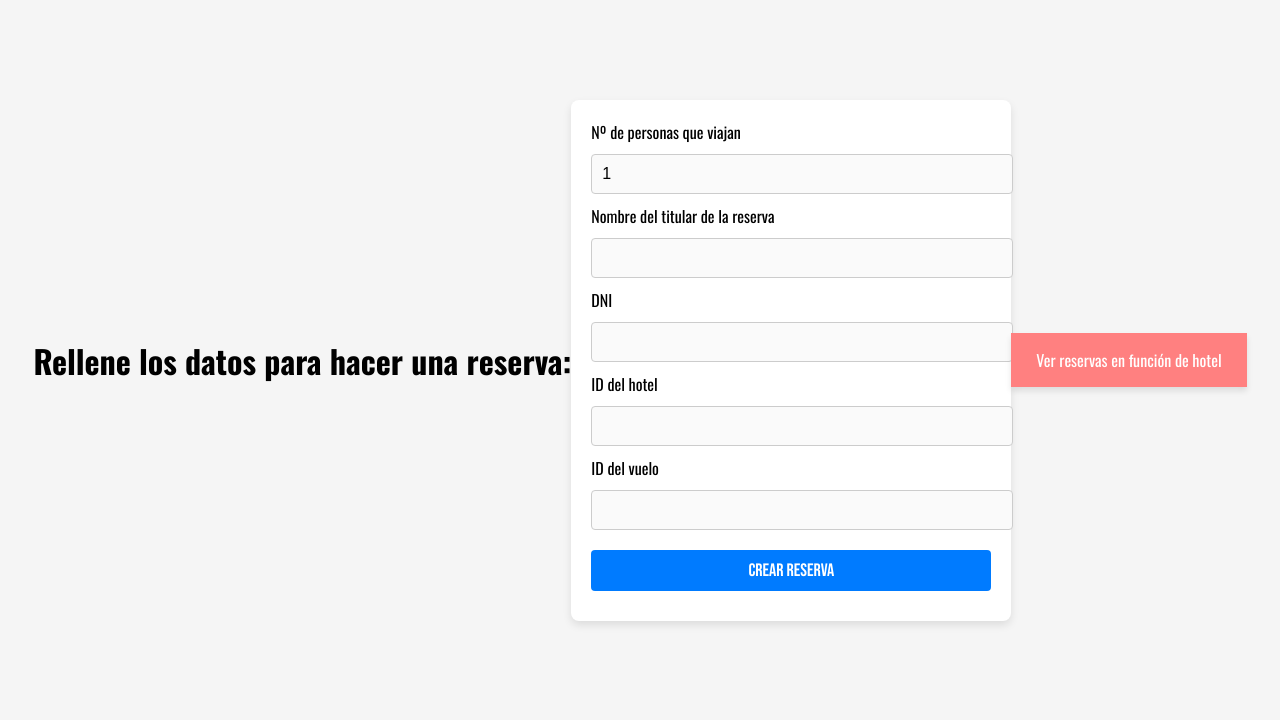
Repository: craschelf/GestionDeViajes-Microservicios
Page: http://localhost/formularioReservas
An editor plug-in stored every save of this project. The page is shown before and after the next save, followed by the edit.
The browser window is 1280 px wide. The pictures show the whole page.
The page is this project's Thymeleaf template; nobody is signed in. The template is opened directly, without the code that normally fills it, so the values that code supplies are empty.

Above is the page before, as saved 2024-06-06 15:14:54.

### FrontProyectoFinal/src/main/resources/templates/formularioReservas.html
<!DOCTYPE html>
<html lang="es">

<head>
	<link rel="stylesheet" href="css/formulario.css">
	<meta charset="UTF-8">
	<meta name="viewport" content="width=device-width, initial-scale=1.0">
	<link rel="preconnect" href="https://fonts.googleapis.com">
	<link rel="preconnect" href="https://fonts.gstatic.com" crossorigin>
	<link href="https://fonts.googleapis.com/css2?family=Oswald:wght@200..700&display=swap" rel="stylesheet">
	<link href="https://fonts.googleapis.com/css2?family=Bebas+Neue&display=swap" rel="stylesheet">
	<title>Hotel Ejemplo</title>
</head>

<body>
	<h1>Rellene los datos para hacer una reserva: </h1>
	<form th:action="@{/reservas/nueva/} + ${numPersonas}" th:object="${reservaDto}" method="post"
		class="search-container">
		Nº de personas que viajan
		<input type="number" id="numPersonas" name="numPersonas" th:value="1"
			placeholder="Número de plazas a reservar..." readonly />
		Nombre del titular de la reserva<input th:field="*{nombreCliente}" type="text" id="nombreCliente"
			name="nombreCliente" />
		DNI<input th:field="*{dni}" type="text" id="dni" name="dni" />
		ID del hotel<input th:field="*{idHotel}" type="text" id="idHotel" name="idHotel" />
		ID del vuelo <input th:field="*{idVuelo}" type="text" id="idVuelo" name="idVuelo" />
		<button type="submit">Crear reserva</button>
	</form>
	<a href="/reservas/lista">Ver reservas en función de hotel</a>
</body>

</html>

### FrontProyectoFinal/src/main/resources/static/css/formulario.css
body {
	font-family: 'Oswald', sans-serif;
	background-color: #f5f5f5;
	display: flex;
	justify-content: center;
	align-items: center;
	height: 100vh;
	margin: 0;
}

.search-container {
	background-color: #ffffff;
	padding: 20px;
	border-radius: 8px;
	box-shadow: 0 4px 8px rgba(0, 0, 0, 0.1);
	max-width: 400px;
	width: 100%;
	display: flex;
	flex-direction: column;
}

.search-container input[type="number"],
.search-container input[type="text"],
.search-container button {
	width: 100%;
	padding: 10px;
	margin: 10px 0;
	border: 1px solid #cccccc;
	border-radius: 4px;
	font-size: 16px;
}

.search-container input[type="number"],
.search-container input[type="text"] {
	background-color: #fafafa;
}

.search-container button {
	background-color: #007BFF;
	color: #ffffff;
	border: none;
	cursor: pointer;
	transition: background-color 0.3s ease;
	font-family: 'Bebas Neue', cursive;
	font-size: 18px;
}

.search-container button:hover {
	background-color: #0056b3;
}

.search-container label {
	font-weight: 600;
	margin-top: 10px;
}

a {
	padding: 15px 25px;
	text-align: Top;
	text-decoration: none;
	color: white;
	background-color: rgb(255, 128, 128);
	box-shadow: 0 4px 6px rgba(0, 0, 0, 0.1);
	transition: background-color 0.3s ease, box-shadow 0.3s ease;
	display: flex;
	flex-direction: column;
}

a:hover {
	background-color: rgb(255, 128, 128);
	box-shadow: 0 6px 10px rgba(0, 0, 0, 0.15);
}

After the next save:
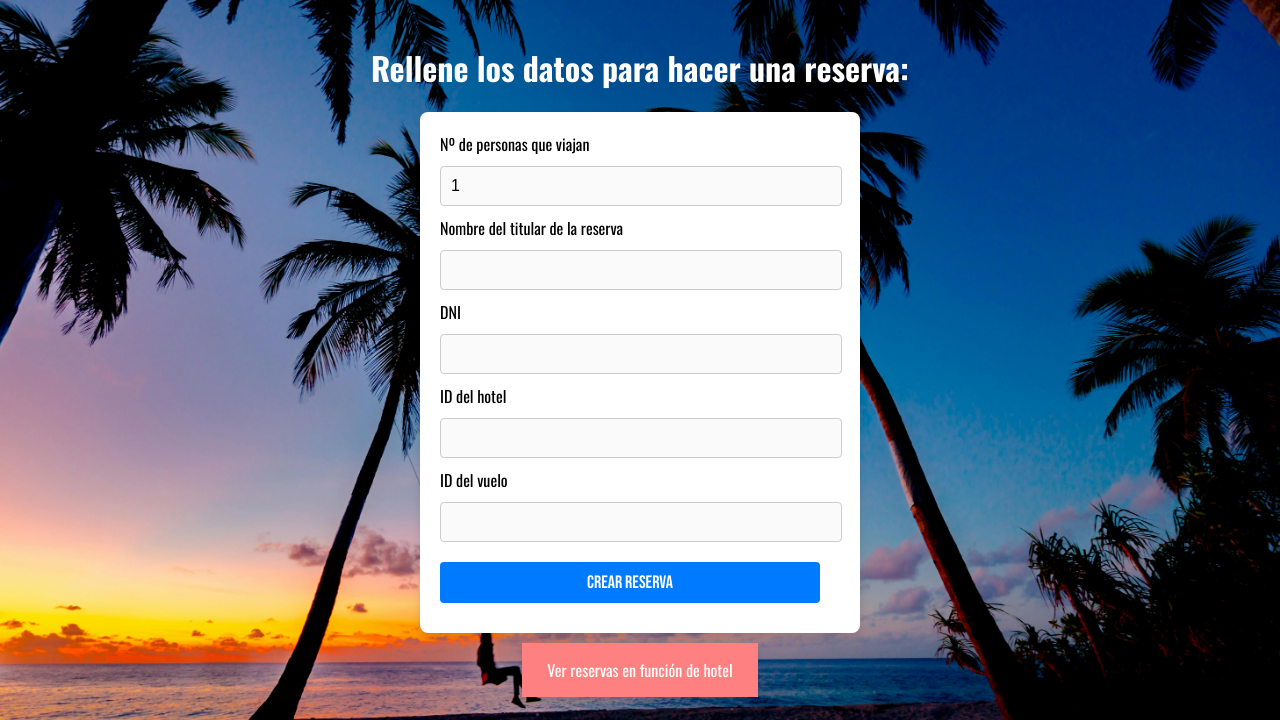
Saved 27 s later.
--- a/FrontProyectoFinal/src/main/resources/static/css/formulario.css
+++ b/FrontProyectoFinal/src/main/resources/static/css/formulario.css
@@ -1,11 +1,22 @@
 body {
 	font-family: 'Oswald', sans-serif;
-	background-color: #f5f5f5;
+	background-image: url('/fondo_formulario.jpg');
+	background-size: cover;
+  	background-position: center;
 	display: flex;
 	justify-content: center;
 	align-items: center;
 	height: 100vh;
 	margin: 0;
+	flex-direction: column;
+}
+
+h1 {
+	color: white;
+	font-family: 'Oswald', sans-serif;
+	display: flex;
+	justify-content: center;
+	align-items: center;
 }
 
 .search-container {
@@ -17,12 +28,13 @@ body {
 	width: 100%;
 	display: flex;
 	flex-direction: column;
+	margin-bottom: 10px;
 }
 
 .search-container input[type="number"],
 .search-container input[type="text"],
 .search-container button {
-	width: 100%;
+	width: 95%;
 	padding: 10px;
 	margin: 10px 0;
 	border: 1px solid #cccccc;
@@ -56,17 +68,15 @@ body {
 
 a {
 	padding: 15px 25px;
-	text-align: Top;
+	text-align: center;
 	text-decoration: none;
 	color: white;
 	background-color: rgb(255, 128, 128);
 	box-shadow: 0 4px 6px rgba(0, 0, 0, 0.1);
 	transition: background-color 0.3s ease, box-shadow 0.3s ease;
-	display: flex;
-	flex-direction: column;
 }
 
 a:hover {
-	background-color: rgb(255, 128, 128);
+	background-color: rgb(255, 100, 100);
 	box-shadow: 0 6px 10px rgba(0, 0, 0, 0.15);
 }
